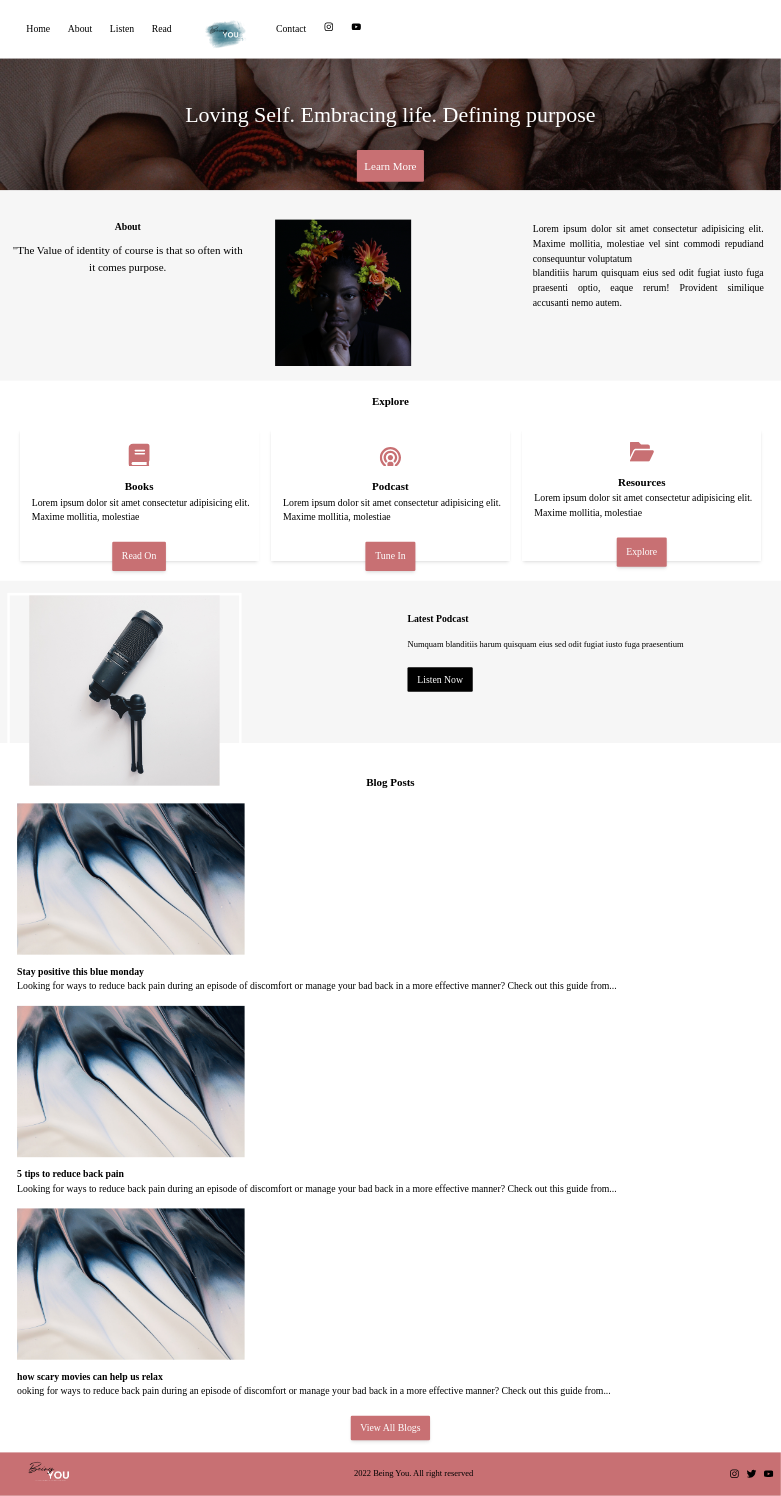
Repository: BrightonMboya/being-you
Page: /
The author's editor kept a copy of each file at every save. The page is drawn from the files as they stood at one save, then again after the next save.
The browser window is 1280 px wide. The pictures show the whole page, at 61% of full size.
The project was rebuilt for these pictures with package versions that can differ from the ones it lists, and the page was loaded fresh each time.

Above is the page before, as saved 2022-05-29 11:25:02.

After the next save:
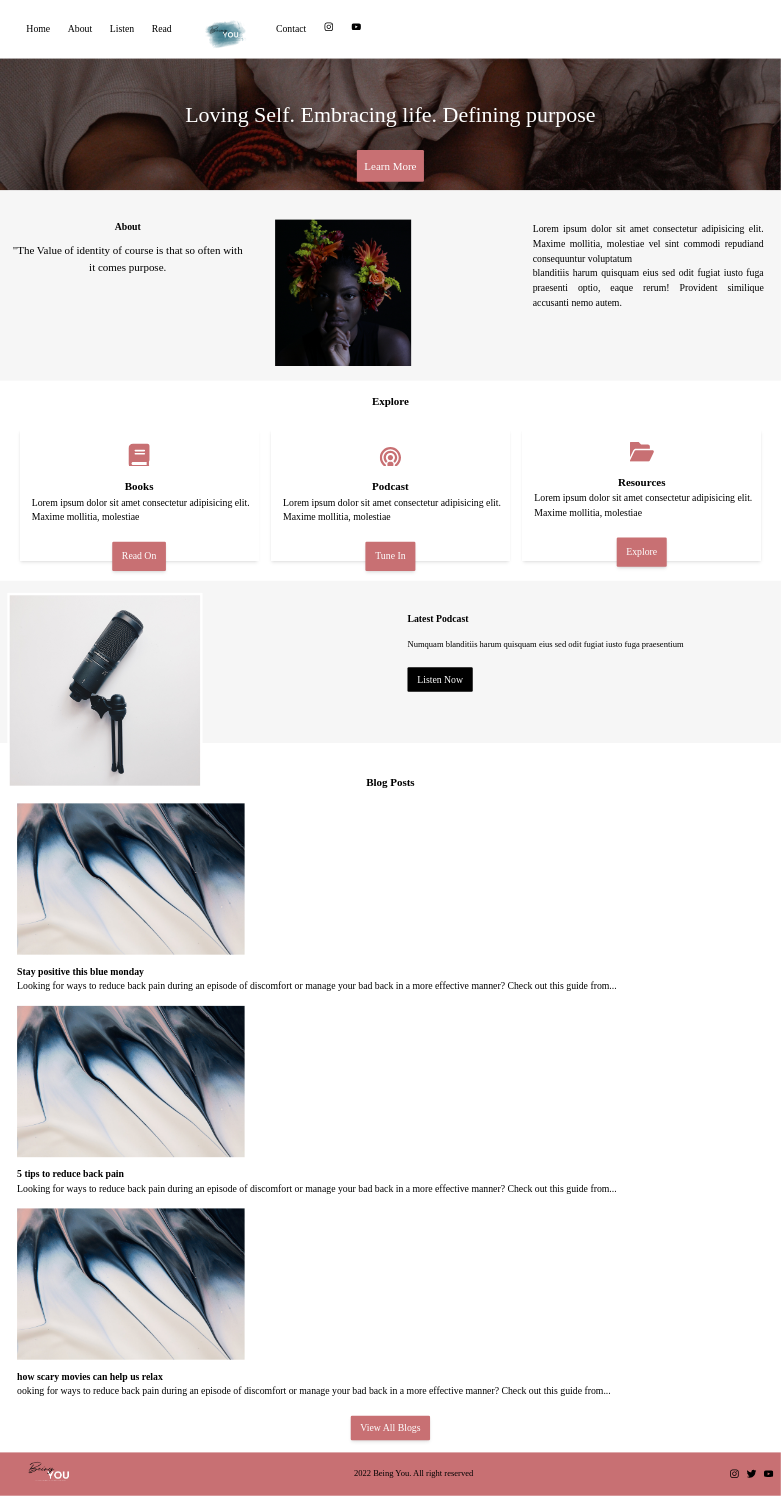
Saved 16 s later.
--- a/src/Components/Podcast/Podcast.jsx
+++ b/src/Components/Podcast/Podcast.jsx
@@ -8,7 +8,7 @@ const Podcast = () => {
         <img
           src={mic}
           alt=""
-          className="h-full w-25 object-cover ml-3  mt-5 border-4 border-white md:h-80 mt-12 px-8"
+          className="h-full w-25 object-cover ml-3  mt-5 border-4 border-white md:h-80 mt-12 ml-12"
         />
         <div className="mt-[7vh] ml-7">
           <h3 className="font-semibold">Latest Podcast</h3>
